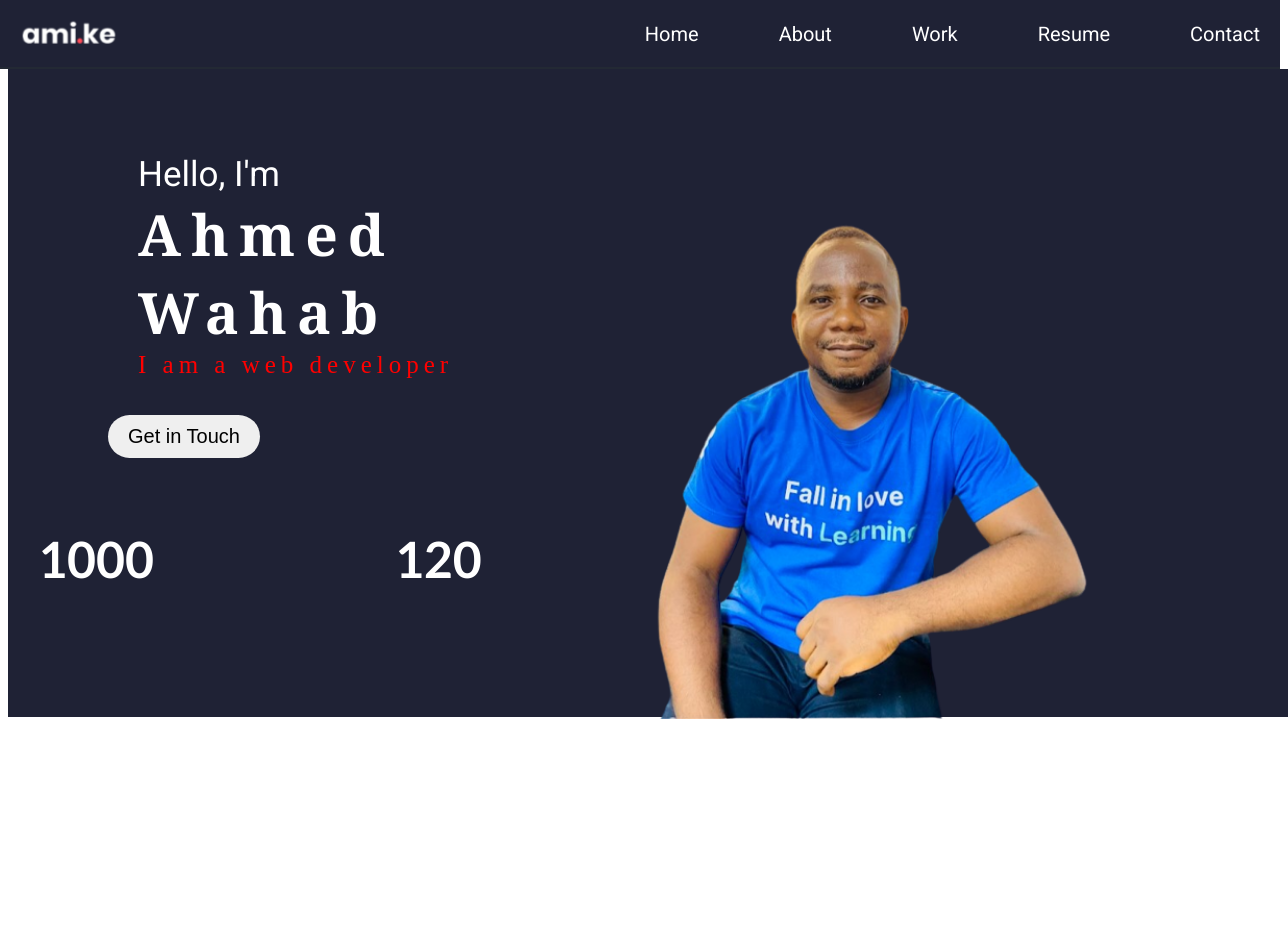
Repository: imokha01/HTML
Page: index.html
An editor plug-in stored every save of this project. The page is shown before and after the next save, followed by the edit.
The browser window is 1280 px wide. The page is 1288 px wide, so the pictures cover 1288 px, including what lies to the right of the window. The pictures show the whole page.

Above is the page before, as saved 2023-11-27 23:22:06.

After the next save:
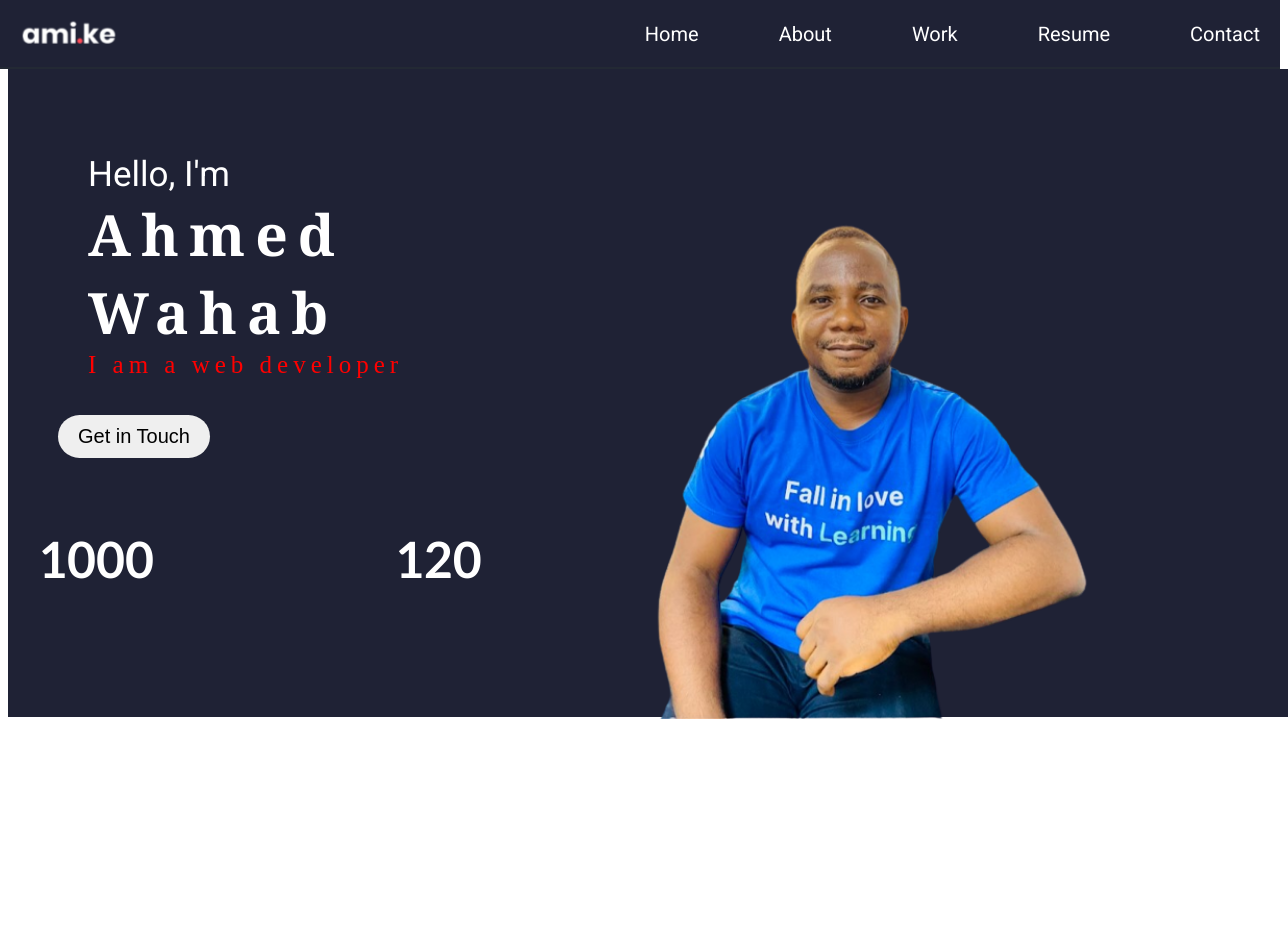
Saved 12 s later.
--- a/index.css
+++ b/index.css
@@ -82,7 +82,7 @@ li > a {
   flex-direction: column;
   align-items: flex-start;
   justify-content: center;
-  margin: 300px 100px 0 100px;
+  margin: 300px 100px 0 50px;
 }
 
 h1,
